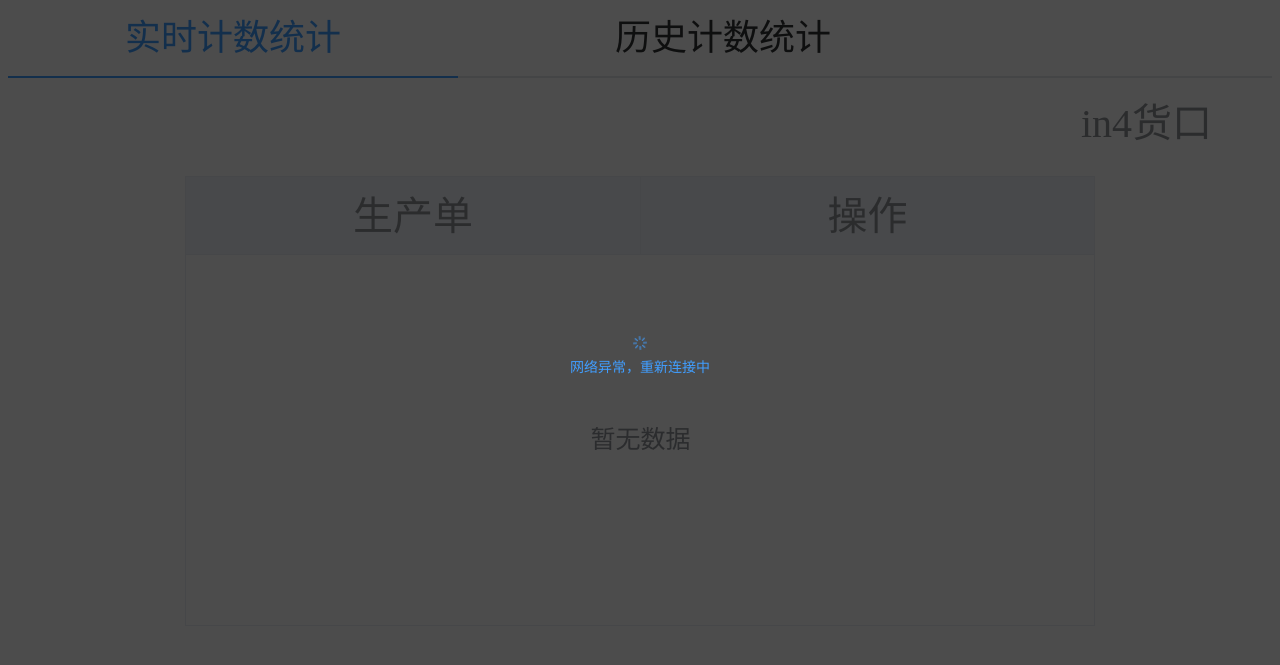
Repository: yaesass/yaesass
Page: / (app in scancode/)
These files come from the project's save history. The page is drawn as it stood at one moment and after the next save; the edit follows.
The browser window is 1280 px wide. The pictures show the whole page.
The page's requests for data from a server got no answer. The project was rebuilt for these pictures with package versions that can differ from the ones it lists, and the page was loaded fresh each time. No one was signed in, and anything a server would have sent is missing. Also part of the build but not shown: scancode/vue.config.js.

Above is the page before, as saved 2022-06-29 15:33:13.

### scancode/src/main.js
import Vue from 'vue'
import App from './App.vue'
import router from './router/index.js'

import ElementUI from 'element-ui';
import 'element-ui/lib/theme-chalk/index.css';

import axios from 'axios'
Vue.use(ElementUI);
Vue.config.productionTip = false
Vue.prototype.$axios = axios
new Vue({
  el: '#app',
  axios,
  router,
  render: h => h(App)
}).$mount('#app')

### scancode/src/App.vue
<template>
  <div id="app">
    <!-- Name {{ Name }} token {{ token }} Type {{ Type }} Remarks {{ Remarks }} -->
    <router-view></router-view>
  </div>
</template>
<script>
export default {
  name: "App",
  data() {
    return {
      // show: "",
      // activeName: "待生产订单",
      // list: [],
      // listLoading: true,
      // queryForm: {
      //   CurrentPage: 1,
      //   PageSize: 999999,
      // },
      // intervalId: null,
      // messageObj: "",
    };
  },
  created() {
    //获取winform数据
    this.Name = this.getQueryString("Name");
    this.token = "Bearer" + " " + this.getQueryString("token");
    this.Type = this.getQueryString("DeliveryType");
    this.Remarks = this.getQueryString("Remarks");
    // console.log("this", this);
    // if (this.Type == "in") {
      this.$router.push({
        name: "InStock",
        params: { setid: 111222 },
      });
    // }
    //else {
    //   this.$router.push({
    //     path: "/outStock/outStock",
    //     params: { setid: 111222 },
    //   });
    // }
  },
  beforeDestroy() {
    // this.isDestroyed = true;
    // this.ws.close("测试");
  },
  methods: {
    //接收winform数据
    getQueryString(name) {
      var reg = new RegExp("(^|&)" + name + "=([^&]*)(&|$)");
      var r = window.location.search.substr(1).match(reg);
      if (r != null) return decodeURI(r[2]);
      return null;
    },
  },
};
</script>

### scancode/src/router/index.js
import Vue from 'vue'
import VueRouter from 'vue-router'
// import HomeView from '../views/mainPage/mainPage.vue'

Vue.use(VueRouter)

const routes = [
  {
    path: '/',
    name: 'home',
  },
  {
    path: '/InStock',
    name: 'InStock',
    // route level code-splitting
    // this generates a separate chunk (about.[hash].js) for this route
    // which is lazy-loaded when the route is visited.
    component: () => import(/* webpackChunkName: "about" */ '../views/InStock.vue')
  }
]



const router = new VueRouter({
  routes
})

export default router

### scancode/src/views/InStock.vue
<template>
  <el-tabs v-model="activeName" @tab-click="handleClick">
    <el-tab-pane
      label="实时计数统计"
      class="counttable"
      name="second"
      :disabled="tab"
    >
      <div class="count">
        <div class="counttxt">{{ Remarks }}</div>
      </div>
      <el-table
        :data="tableData"
        border
        :header-cell-style="{
          background: '#F2F6FC',
          height: '48px',
          color: '#909399',
          fontSize: '40px',
        }"
        style="width: 910px; margin: 40px auto; font-size: 25px"
        :cell-style="totalcellcolor"
        height="450"
        :row-style="{ height: '48px' }"
        v-if="countkey"
      >
        <el-table-column align="center" label="生产单">
          <template slot-scope="scope">
            <span v-html="scope.row.product"></span>
          </template>
        </el-table-column>
        <el-table-column align="center" label="操作">
          <template #default="{ row }">
            <el-button
              type="primary"
              round
              @click="ordercharge(row)"
              style="font-size: 20px"
            >
              入库
            </el-button>
          </template>
        </el-table-column>
      </el-table>
    </el-tab-pane>
    <el-tab-pane
      label="历史计数统计"
      class="counttable"
      name="first"
      :disabled="tab"
    >
      <div class="f" style="justify-content: space-around; margin-top: 17px">
        <el-date-picker
          v-model="value1"
          type="daterange"
          value-format="yyyy-MM-dd"
          range-separator="至"
          start-placeholder="开始日期"
          end-placeholder="结束日期"
        >
        </el-date-picker>
        <el-button type="primary" @click="inquire()">查询</el-button>
      </div>
      <el-table
        :data="tableData"
        border
        :header-cell-style="{
          background: '#F2F6FC',
          height: '48px',
          color: '#909399',
          fontSize: '40px',
        }"
        style="width: 910px; margin: 40px auto; font-size: 25px"
        :cell-style="totalcellcolor"
        height="450"
        :row-style="{ height: '48px' }"
      >
        <el-table-column align="center" prop="product" label="产品名称">
        </el-table-column>
        <el-table-column align="center" prop="num" label="入库数量">
        </el-table-column>
        <el-table-column align="center" prop="time" label="出库时间">
        </el-table-column>
      </el-table>
    </el-tab-pane>
  </el-tabs>
</template>

<script>
export default {
  name: "InStock",
  data() {
    return {
      token:
        "Bearer admin-accessToken-eyJ0eXAiOiJKV1QiLCJhbGciOiJIUzI1NiJ9.eyJpZCI6IkVBNDY5MDAwLUEwRTMtNDM2NS04OEU1LTYzNTk4MUQxNzM2NSIsIm5hbWUiOiLmiavnoIEifQ.ysDSnXIKlGLatjoH2wUIq0r65R8tv9DP_CH0vsOTbN0",
      //token: '',
      Name: "in4",
      //Name: 'out1',
      //Name: '',
      Type: "in",
      //Type: 'out',
      //Type:'',
      Remarks: "in4货口",
      // Remarks: 'out1货口',
      //Remarks: '',
      activeName: "second", //选项卡
      isDestroyed: false, // 页面是否销毁
      lockReconnect: false, // 是否真正建立连接
      outkey: false, //是否为出货口
      tab: false, //tabs栏是否锁定
      list: [], //接收产品列表
      str: [], //上传产品列表
      innum: false, //当前入库产品数量
      orderlist: [], //订单列表
      tableData: [], //历史列表
      countkey: true, //实时计数第一页
      value1: "", //选择日期
      begintime: "", //开始日期
      endtime: "", //结束日期
      outorderkey: true, //出库历史统计第一页
      outcountkey: true, //出库计数页第一页
      needMergeArr: ["time"], //合并列
      rowMergeArrs: {},
      //分页
      tempList: [], //表格显示数据
      currentPage: 1, //当前页
      pageSize: 10, //每页行数
      total: 0, //列表总行数
      errMessage: "",
    };
  },
  created() {
    this.GetScanningOrder();
  },
  mounted() {},

  destroyed() {
    // 在页面销毁
  },
  methods: {
    //查询入库订单状态
    GetScanningOrder(e) {
      let that = this;
      that.$loading({
        lock: true,
        text: "请稍候...",
        spinner: "el-icon-loading",
        background: "rgba(0, 0, 0, 0.7)",
      });
      that.list = [];
      this.$axios
        .post(
          "https://www.moondeity.com:8308/api/Areas/OrderInfo/GetScanningOrder",
          {
            Type: that.Name,
          },
          {
            headers: {
              Authorization: that.token,
            },
          }
        )
        .then(function (response) {
          let reqdata = response.data.data;
          console.log("查询入库订单状态", reqdata.dt);
          console.log("	that.$router", that.$router);
          that.$router.push({ name: "in", params: { id: "123456" } });

          if (reqdata.dt != "") {
            //有正在入库的订单

            that.start();
            that.OrderId = reqdata.dt[0].Id;
            that.StockState = reqdata.dt[0].StockState;
            that.activeName = "second";
            that.countkey = false;
            let name = reqdata.dt[0].Remarks.split(">")[1].split("第")[0]; //截取remarks获得产品名
            if (reqdata.dt[0].RealQuantity > 0) {
              //显示已扫描数据
              let num = reqdata.dt[0].RealQuantity;
              that.innum = true;
              //console.log('innum', that.innum)
              that.list.push({
                id: reqdata.dt[0].ProductId,
                name: name,
                num: num,
              });
              //console.log('GetScanningOrder--list', that.list)
            }
          } else {
            that.innum = false;
            that.countkey = true;
            that.value = "order";
            that.getlist(); //没有正在入库的订单
            try {
              //console.log('window.ws', window.ws)
              window.ws.close();
            } catch (e) {
              //console.log('err', e)
            }
          }
          that.$loading().close();
        })
        .catch(function (error) {
          console.log("查询入库订单状态error", error);
          if (e != "err") {
            that.$loading().close();
          }
          that.$loading({
            lock: true,
            text: "网络异常，重新连接中",
            spinner: "el-icon-loading",
            background: "rgba(0, 0, 0, 0.7)",
          });
          setTimeout(() => {
            that.GetScanningOrder("err");
          }, 3000);
        });
    },
  },
};
</script>

<style>
.f {
  display: flex;
}

.el-table {
  width: 100%;
  display: flex;
  flex-direction: column;
}

.el-table__body-wrapper {
  flex: 1;
}

.el-tabs__item {
  margin-top: 10px;
  width: 470px;
  height: 60px;
  text-align: center;
  font-size: 36px;
  font-weight: 300;
  letter-spacing: 0em;
}

.back {
  margin-top: -50px;
  margin-left: 750px;
}

.count {
  display: flex;
  justify-content: right;
  margin: 20px 60px 20px 0;
}

.count .counttxt {
  font-size: 40px;
  font-weight: normal;
  line-height: 24px;
  letter-spacing: 0px;
  color: #909399;
}

.counttable .el-table .cell {
  line-height: 50px;
  font-weight: 300;
}

.inzeroa {
  display: flex;
  width: 264px;
  height: 81px;
  border-radius: 15px;
  background: #d8d8d8;
}

.inzeroa .btntxt {
  margin: auto;
  font-size: 50px;
  font-weight: 300;
  color: #aaaaaa;
}

.inzero {
  display: flex;
  width: 264px;
  height: 81px;
  border-radius: 15px;
  background: #409eff;
}

.inzero .btntxt {
  margin: auto;
  font-size: 50px;
  font-weight: 300;
  color: #ffffff;
}

.zero {
  display: flex;
  margin: 34px auto;
  width: 264px;
  height: 81px;
  border-radius: 15px;
  background: #409eff;
}

.zero .btntxt {
  margin: auto;
  font-size: 50px;
  font-weight: 300;
  color: #ffffff;
}

.outhistory {
  display: flex;
  margin: 34px auto;
  width: 264px;
  height: 81px;
  border-radius: 15px;
  background: #409eff;
}

.outhistory .btntxt {
  margin: auto;
  font-size: 50px;
  font-weight: 300;
  color: #ffffff;
}

.out {
  display: flex;
  margin: 180px auto;
  width: 300px;
  height: 150px;
  border-radius: 30px;
  background: #409eff;
}

.out .btntxt {
  margin: auto;
  font-size: 50px;
  font-weight: 300;
  color: #ffffff;
}

.workShop_message {
  width: 40%;
  font-size: 30px;
  color: #ff7d38;
}

.workShop_message .btn {
  padding: 5px 10px;
  cursor: pointer;
  background: #ffb89143;
  border: 2px solid #ffb89143;
  border-radius: 10px;
}
</style>

Loaded but not shown: scancode/public/index.html (common file)

After the next save:
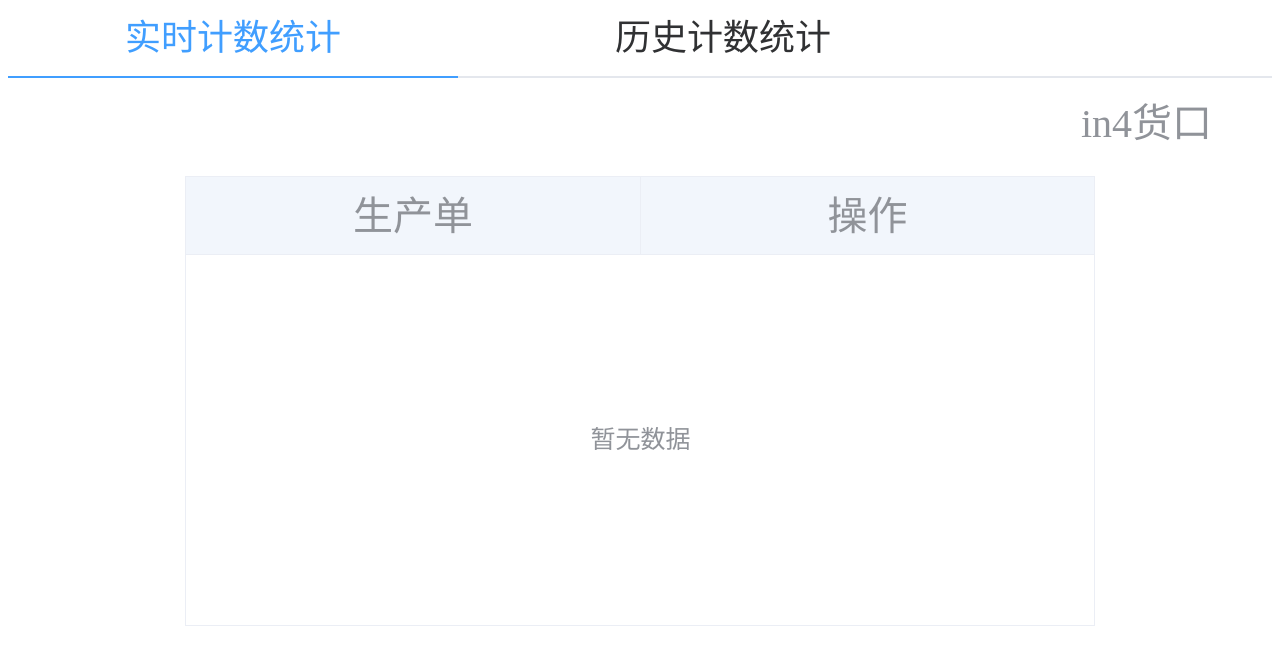
Saved 72 s later.
--- a/scancode/src/views/InStock.vue
+++ b/scancode/src/views/InStock.vue
@@ -130,7 +130,7 @@ export default {
     };
   },
   created() {
-    this.GetScanningOrder();
+    // this.GetScanningOrder();
   },
   mounted() {},
 
